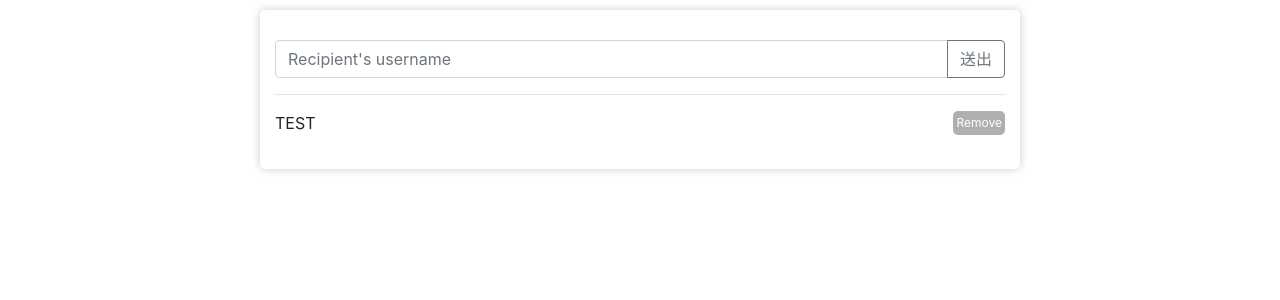
Repository: iian0910/vue3_todoList
Page: /
An editor plug-in stored every save of this project. The page is shown before and after the next save, followed by the edit.
The browser window is 1280 px wide. The pictures show the whole page.
The project was rebuilt for these pictures with package versions that can differ from the ones it lists, and the page was loaded fresh each time.

Above is the page before, as saved 2021-02-23 16:12:32.

### src/App.vue
<template>
  <TodoList/>
</template>

<script lang="ts">
import { defineComponent } from 'vue'
import TodoList from './components/TodoList.vue'

export default defineComponent({
  name: 'App',
  components: {
    TodoList
  }
})
</script>

<style lang="scss">
@import './assets/scss/all';
</style>

### src/assets/scss/all.scss
@import '~bootstrap/scss/bootstrap.scss';
@import './helpers/variables';

### src/components/TodoList.vue
<template>
  <div class="container">
    <div class="row">
      <div class="col-8 offset-2 content">
        <!-- input 輸入框 -->
        <div class="input-group mb-3">
          <input
            type="text"
            class="form-control"
            placeholder="Recipient's username"
            v-model="newTodo">
          <div class="input-group-append">
            <button
              class="btn btn-outline-secondary"
              type="button"
              @click="addTodo">送出</button>
          </div>
        </div>
        <!---->
        <hr>
        <!-- List 展示 -->
        <ul class="list">
          <li class="list-item d-flex justify-content-between align-items-center mb-1" v-for="(todo, index) in todoList" :key="index">
            <label class="list-item-title m-0 p-0">{{todo.title}}</label>
            <div class="remove-list">Remove</div>
          </li>
        </ul>
        <!---->
      </div>
    </div>
  </div>
</template>
<script lang="ts">
import { defineComponent, reactive, ref } from 'vue'

interface Todo {
  // eslint-disable-next-line @typescript-eslint/member-delimiter-style
  id: string
  // eslint-disable-next-line @typescript-eslint/member-delimiter-style
  title: string
}

export default defineComponent({
  name: 'TodoList',
  setup () {
    // ref:
    // 可以接受「任何型態」的資料
    // 但是不會對「物件」或「陣列」內部的屬性變動做監聽

    // reactive
    // 「只接受」物件或陣列，可以做深層的監聽
    // 以及取得資料不需要 「.value」
    const newTodo = ref('')
    const todoList = reactive([{
      id: '001',
      title: 'TEST'
    }])

    // methods
    function addTodo () {
      if (newTodo.value) {
        todoList.push({
          id: Math.floor(Date.now()).toString(),
          title: newTodo.value
        })
        newTodo.value = ''
      }
    }

    // return
    return {
      todoList,
      newTodo,
      addTodo
    }
  }
})
</script>

<style lang="scss">
.content{
  padding: 30px;
  margin: 10px auto;
  border-radius: 5px;
  box-shadow: 0px 0px 10px 0px rgba(0, 0, 0, 0.2);
}
.list{
  padding: 0;
  margin: 0;
  list-style: none;
}
.remove-list{
  padding: 3px;
  border-radius: 5px;
  background-color: rgb(175, 175, 175);
  font-size: 12px;
  color: white;
  cursor: pointer;
}
</style>

Loaded but not shown: public/index.html (common file); src/main.ts (common file); src/assets/scss/helpers/_variables.scss (1146 lines, source omitted)

After the next save:
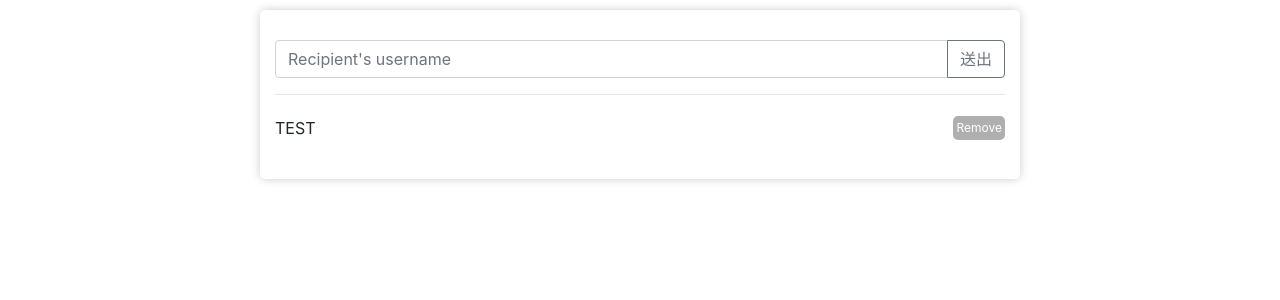
Saved 18 s later.
--- a/src/components/TodoList.vue
+++ b/src/components/TodoList.vue
@@ -85,7 +85,7 @@ export default defineComponent({
   box-shadow: 0px 0px 10px 0px rgba(0, 0, 0, 0.2);
 }
 .list{
-  padding: 0;
+  padding: 5px 0;
   margin: 0;
   list-style: none;
 }
